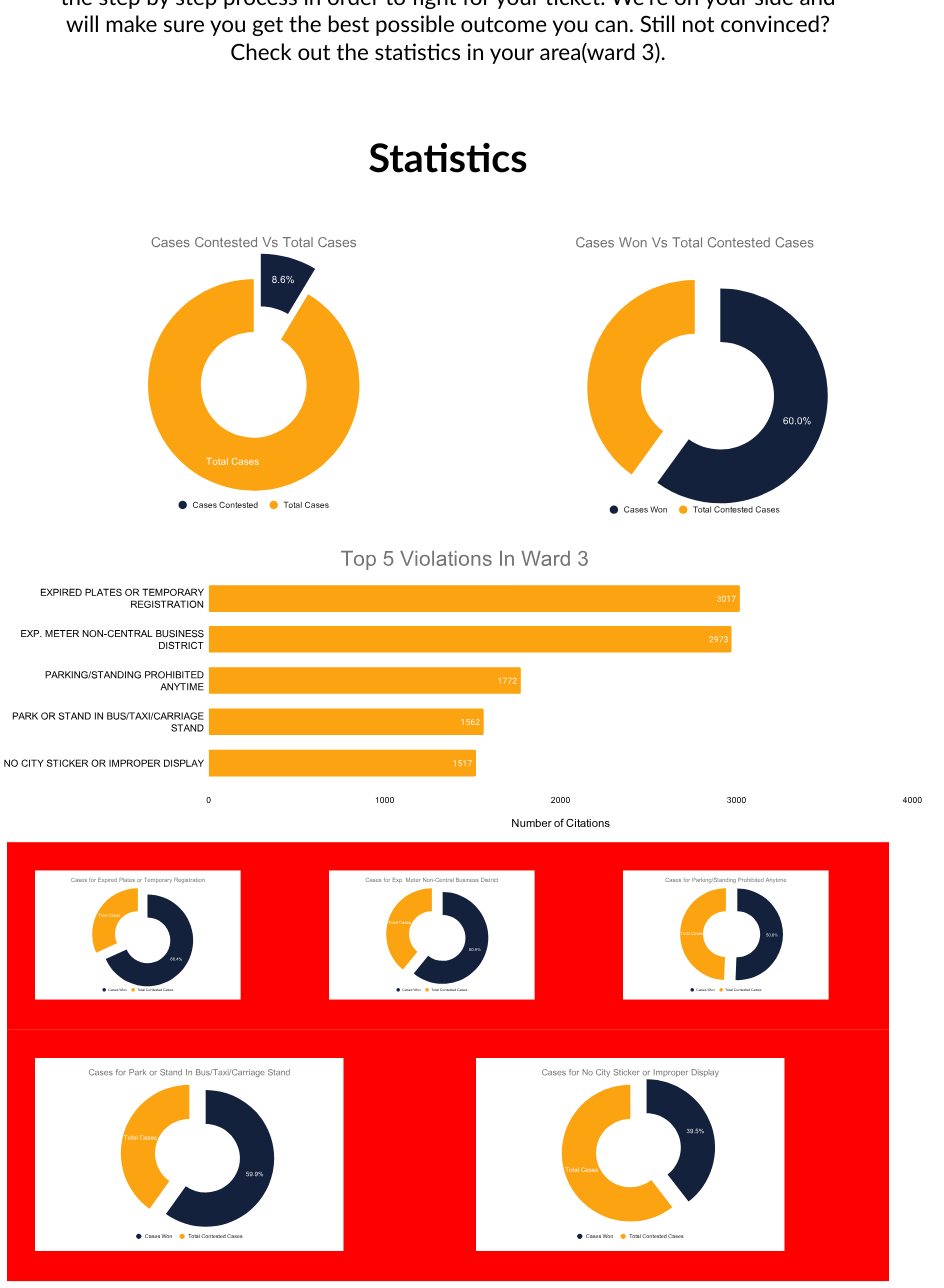
Repository: rdass1/COM421-FinalProject
Page: Website/index.html
These files come from the project's save history. The page is drawn as it stood at one moment and after the next save; the edit follows.
The browser window is 1280 px wide. The page is 1348 px wide, so the pictures cover 1348 px, including what lies to the right of the window. The pictures show the part of the page from y = 763 to 2603 px (the page is 2603 px tall before and 2563 px after), at 70% of full size.

Above is the page before, as saved 2021-05-12 05:09:16.
Console error: TypeError: Cannot read properties of undefined (reading 'style')

After the next save:
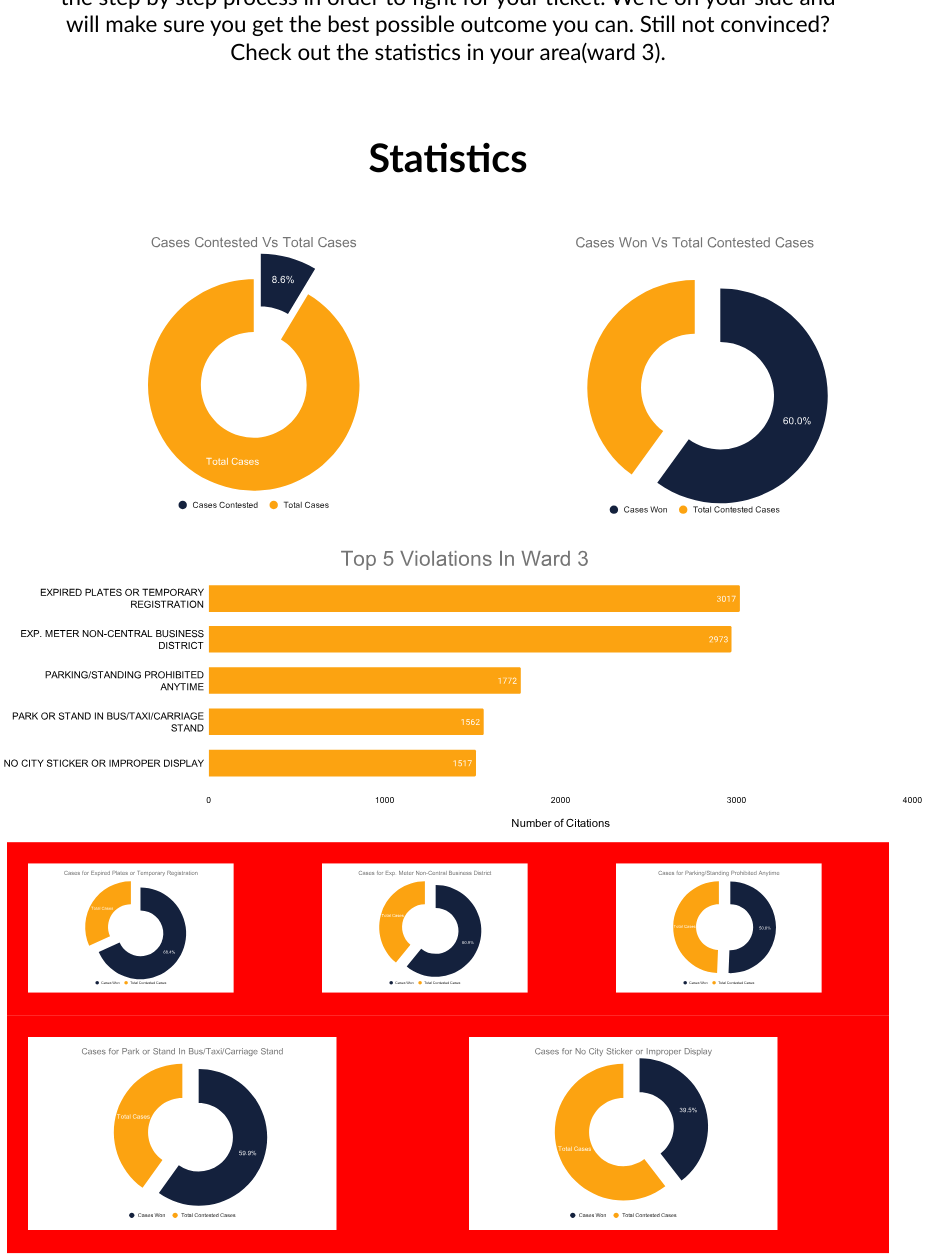
Saved 24 s later.
--- a/Website/css/index.css
+++ b/Website/css/index.css
@@ -186,5 +186,5 @@ html{
 .statistics-container-item-4-flex-container img{
     width: 70%;
     height: auto;
-    margin: 40px;
+    margin: 30px;
 }
